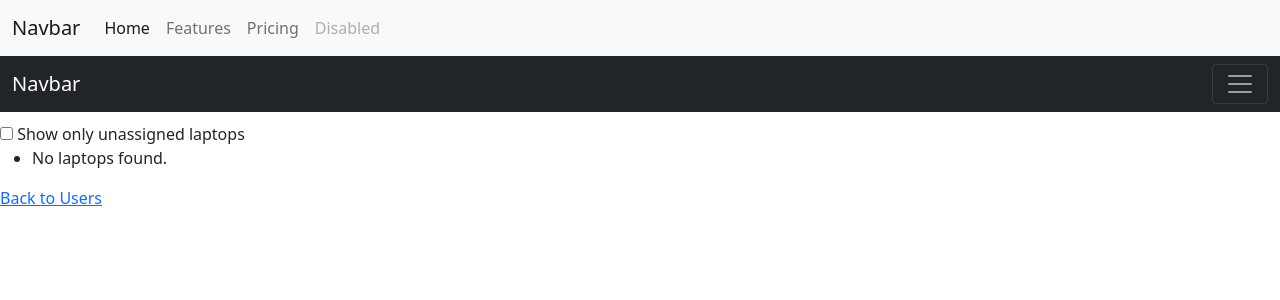
Repository: RishabhSpark/asset-management
Page: app/templates/laptops.html
The author's editor kept a copy of each file at every save. The page is drawn from the files as they stood at one save, then again after the next save.
The browser window is 1280 px wide. The pictures show the whole page.
The page is served by the project's application, run on Flask 3 (app/main.py). Other server files are loaded and not shown. The template is opened directly, without the code that normally fills it, so the values that code supplies are empty.

Above is the page before, as saved 2025-06-11 16:04:34.

### app/templates/laptops.html
<!DOCTYPE html>
<html>
  <head>
    <title>Laptops</title>
    <link
      href="https://cdn.jsdelivr.net/npm/bootstrap@5.0.2/dist/css/bootstrap.min.css"
      rel="stylesheet"
      integrity="sha384-EVSTQN3/azprG1Anm3QDgpJLIm9Nao0Yz1ztcQTwFspd3yD65VohhpuuCOmLASjC"
      crossorigin="anonymous"
    />
  </head>
  <body>
    <nav class="navbar navbar-expand-lg navbar-light bg-light">
      <div class="container-fluid">
        <a class="navbar-brand" href="#">Navbar</a>
        <button
          class="navbar-toggler"
          type="button"
          data-bs-toggle="collapse"
          data-bs-target="#navbarNav"
          aria-controls="navbarNav"
          aria-expanded="false"
          aria-label="Toggle navigation"
        >
          <span class="navbar-toggler-icon"></span>
        </button>
        <div class="collapse navbar-collapse" id="navbarNav">
          <ul class="navbar-nav">
            <li class="nav-item">
              <a class="nav-link active" aria-current="page" href="#">Home</a>
            </li>
            <li class="nav-item">
              <a class="nav-link" href="#">Features</a>
            </li>
            <li class="nav-item">
              <a class="nav-link" href="#">Pricing</a>
            </li>
            <li class="nav-item">
              <a
                class="nav-link disabled"
                href="#"
                tabindex="-1"
                aria-disabled="true"
                >Disabled</a
              >
            </li>
          </ul>
        </div>
      </div>
    </nav>
    <nav class="navbar navbar-dark bg-dark">
      <div class="container-fluid">
        <a class="navbar-brand" href="#">Navbar</a>
        <button
          class="navbar-toggler"
          type="button"
          data-bs-toggle="collapse"
          data-bs-target="#navbarNavDropdown"
          aria-controls="navbarNavDropdown"
          aria-expanded="false"
          aria-label="Toggle navigation"
        >
          <span class="navbar-toggler-icon"></span>
        </button>
        <div class="collapse navbar-collapse" id="navbarNavDropdown">
          <ul class="navbar-nav">
            <li class="nav-item">
              <a href="{{ url_for('add_laptop') }}">Add Laptop</a>
            </li>
            <li class="nav-item">
              <a href="{{ url_for('download_invoices') }}"
                >Download All Invoices (Excel)</a
              >
            </li>
            <li class="nav-item">
              <a href="{{ url_for('download_asset_records') }}"
                >Download All Asset Records (CSV)</a
              >
            </li>
            <li class="nav-item">
              <a href="{{ url_for('download_assignment_history') }}"
                >Download Assignment History (CSV)</a
              >
            </li>
          </ul>
        </div>
      </div>
    </nav>

    <form
      method="get"
      action="{{ url_for('list_laptops') }}"
      style="margin-top: 10px"
    >
      <label
        ><input
          type="checkbox"
          name="unassigned"
          value="1"
          {%
          if
          show_unassigned
          %}checked{%
          endif
          %}
          onchange="this.form.submit()"
        />
        Show only unassigned laptops</label
      >
    </form>
    <ul>
      {% for laptop in laptops %}
      <li>
        ID: {{ laptop.id }} | Model: {{ laptop.laptop_model }} | Serial: {{
        laptop.laptop_serial_number }}
        <a href="{{ url_for('laptop_detail', laptop_id=laptop.id) }}"
          >Details</a
        >
        <a href="{{ url_for('edit_laptop', laptop_id=laptop.id) }}">Edit</a>
        <form
          method="post"
          action="{{ url_for('retire_laptop', laptop_id=laptop.id) }}"
          style="display: inline"
        >
          <input
            type="submit"
            value="Retire/Dispose"
            onclick="return confirm('Are you sure?');"
          />
        </form>
      </li>
      {% else %}
      <li>No laptops found.</li>
      {% endfor %}
    </ul>
    <a href="{{ url_for('users') }}">Back to Users</a>
    <script
      src="https://cdn.jsdelivr.net/npm/bootstrap@5.0.2/dist/js/bootstrap.bundle.min.js"
      integrity="sha384-MrcW6ZMFYlzcLA8Nl+NtUVF0sA7MsXsP1UyJoMp4YLEuNSfAP+JcXn/tWtIaxVXM"
      crossorigin="anonymous"
    ></script>
    <link
      href="https://cdn.jsdelivr.net/npm/bootstrap-icons@1.5.0/font/bootstrap-icons.css"
      rel="stylesheet"
    />
  </body>
</html>

### db/database.py
from sqlalchemy import create_engine, Column, Integer, String, Float, ForeignKey, Boolean
from sqlalchemy.ext.declarative import declarative_base
from sqlalchemy.orm import relationship, sessionmaker
import os

Base = declarative_base()
DATABASE_URL = "sqlite:///invoices_database.db"

engine = create_engine(DATABASE_URL, echo=True)
SessionLocal = sessionmaker(bind=engine)

class LaptopInvoice(Base):
    __tablename__ = "laptop_invoices"

    id = Column(Integer, primary_key=True, index=True)
    invoice_number = Column(String, index=True)
    order_date = Column(String)
    invoice_date = Column(String)
    order_number = Column(String)
    supplier_name = Column(String)
    # Relationship to laptop items
    items = relationship("LaptopItem", cascade="all, delete-orphan", backref="invoice")

class LaptopItem(Base):
    __tablename__ = "laptop_items"
    id = Column(Integer, primary_key=True, index=True)
    invoice_id = Column(Integer, ForeignKey("laptop_invoices.id"))
    laptop_model = Column(String)
    processor = Column(String)
    ram = Column(String)
    storage = Column(String)
    model_color = Column(String)
    screen_size = Column(String)
    laptop_os = Column(String)
    laptop_os_version = Column(String)
    laptop_serial_number = Column(String, unique=True)
    warranty_duration = Column(Integer)
    laptop_price = Column(Float)
    created_at = Column(String, default=None)
    warranty_expiry = Column(String, nullable=True)
    is_retired = Column(Boolean, default=False)
    is_active = Column(Boolean, default=True)

class User(Base):
    __tablename__ = "users"
    id = Column(Integer, primary_key=True, index=True)
    name = Column(String, nullable=False)
    email = Column(String, unique=True, index=True, nullable=False)
    is_active = Column(Boolean, default=True)
    # Relationship to assignments
    assignments = relationship("LaptopAssignment", cascade="all, delete-orphan", backref="user")

class LaptopAssignment(Base):
    __tablename__ = "laptop_assignments"
    id = Column(Integer, primary_key=True, index=True)
    laptop_item_id = Column(Integer, ForeignKey("laptop_items.id"))
    user_id = Column(Integer, ForeignKey("users.id"))
    assigned_at = Column(String)
    unassigned_at = Column(String, nullable=True)

    laptop_item = relationship("LaptopItem", backref="assignments")

class MaintenanceLog(Base):
    __tablename__ = "maintenance_logs"
    id = Column(Integer, primary_key=True, index=True)
    laptop_item_id = Column(Integer, ForeignKey("laptop_items.id"))
    date = Column(String)
    description = Column(String)
    performed_by = Column(String)
    laptop_item = relationship("LaptopItem", backref="maintenance_logs")

def init_db():
    if not os.path.exists("laptop_database.db"):
        Base.metadata.create_all(bind=engine)
    # Always check and create new tables if needed
    Base.metadata.create_all(bind=engine)

Loaded but not shown: app/main.py (563 lines, source omitted)

After the next save:
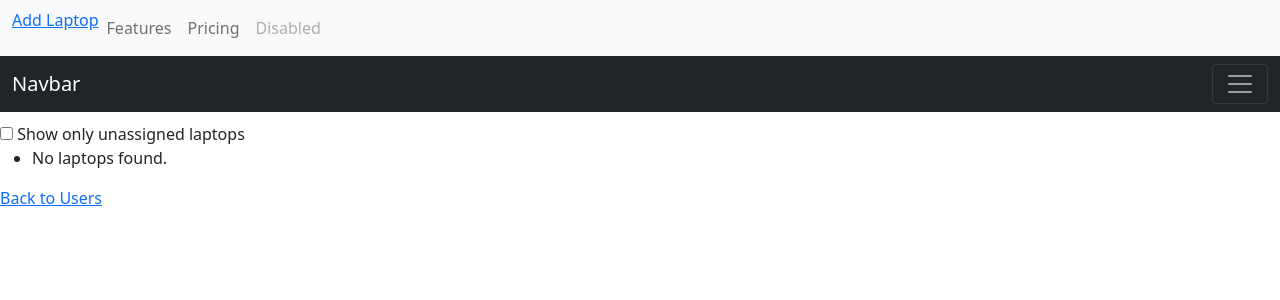
Saved 45 s later.
--- a/app/templates/laptops.html
+++ b/app/templates/laptops.html
@@ -12,7 +12,6 @@
   <body>
     <nav class="navbar navbar-expand-lg navbar-light bg-light">
       <div class="container-fluid">
-        <a class="navbar-brand" href="#">Navbar</a>
         <button
           class="navbar-toggler"
           type="button"
@@ -27,7 +26,7 @@
         <div class="collapse navbar-collapse" id="navbarNav">
           <ul class="navbar-nav">
             <li class="nav-item">
-              <a class="nav-link active" aria-current="page" href="#">Home</a>
+              <a href="{{ url_for('add_laptop') }}">Add Laptop</a>
             </li>
             <li class="nav-item">
               <a class="nav-link" href="#">Features</a>
@@ -64,9 +63,7 @@
         </button>
         <div class="collapse navbar-collapse" id="navbarNavDropdown">
           <ul class="navbar-nav">
-            <li class="nav-item">
-              <a href="{{ url_for('add_laptop') }}">Add Laptop</a>
-            </li>
+            <li class="nav-item"></li>
             <li class="nav-item">
               <a href="{{ url_for('download_invoices') }}"
                 >Download All Invoices (Excel)</a
